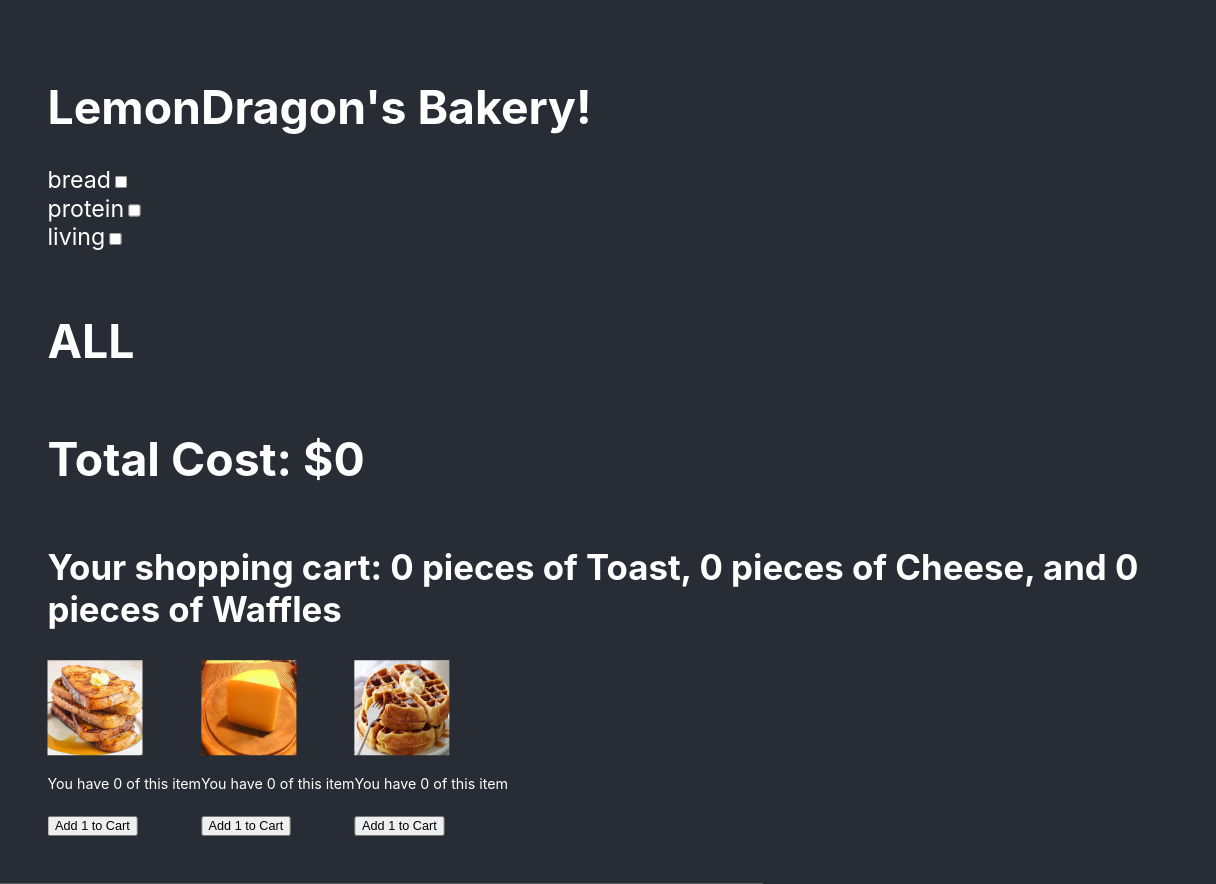
Repository: happydragon200/development
Page: /
These files come from the project's save history. The page is drawn as it stood at one moment and after the next save; the edit follows.
The browser window is 1280 px wide. The pictures show the whole page, at 95% of full size.
The project was rebuilt for these pictures with package versions that can differ from the ones it lists, and the page was loaded fresh each time.

Above is the page before, as saved 2022-12-02 01:50:04.

After the next save:
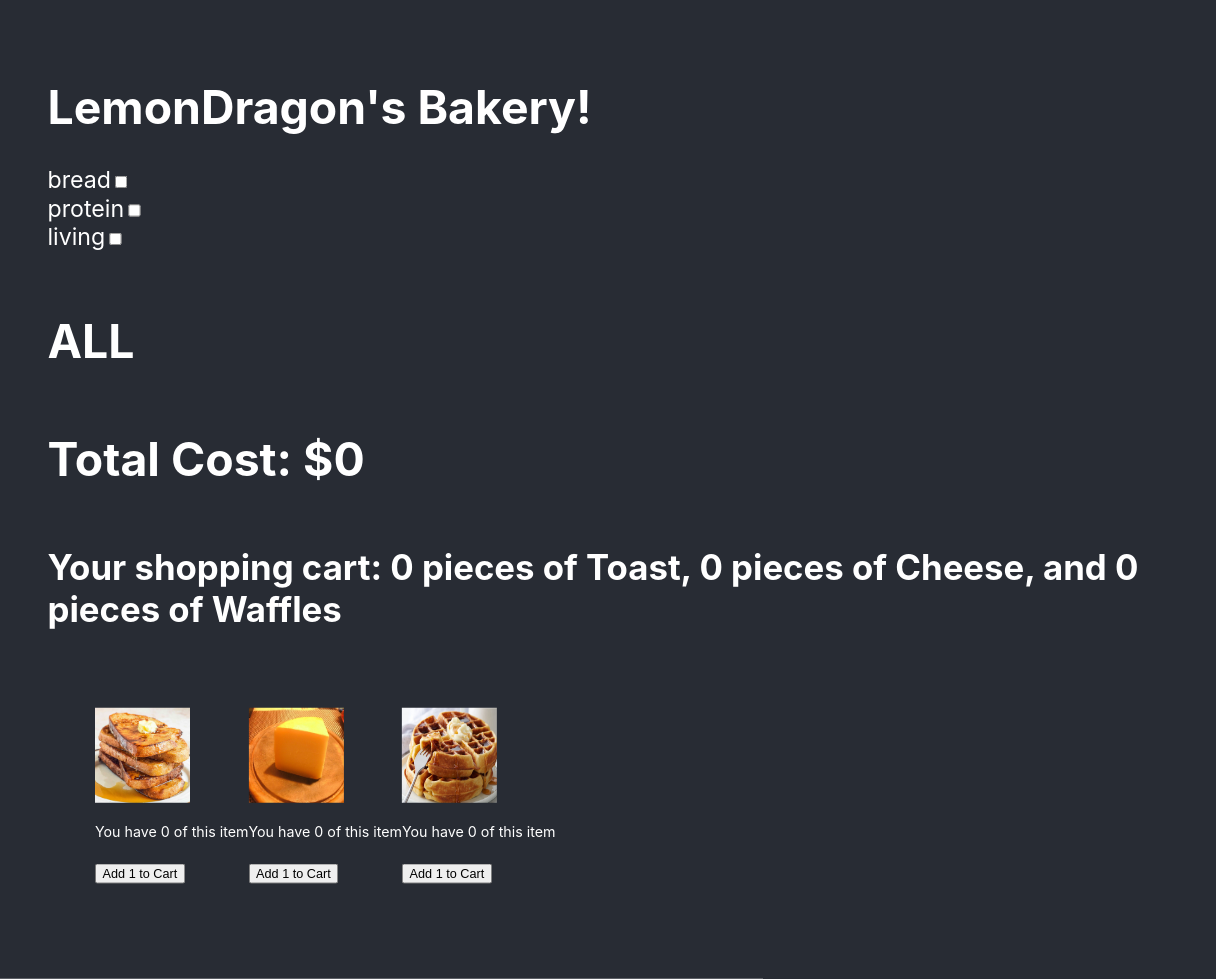
Saved 6 s later.
--- a/src/App.css
+++ b/src/App.css
@@ -40,7 +40,7 @@
 
 .flex-parent {
   display: flex;
-  padding: 50px 50px 50px 50px
+  padding: 50px 50px 50px 50px;
   justify-content: space-around;
 
 }

After the save that followed:
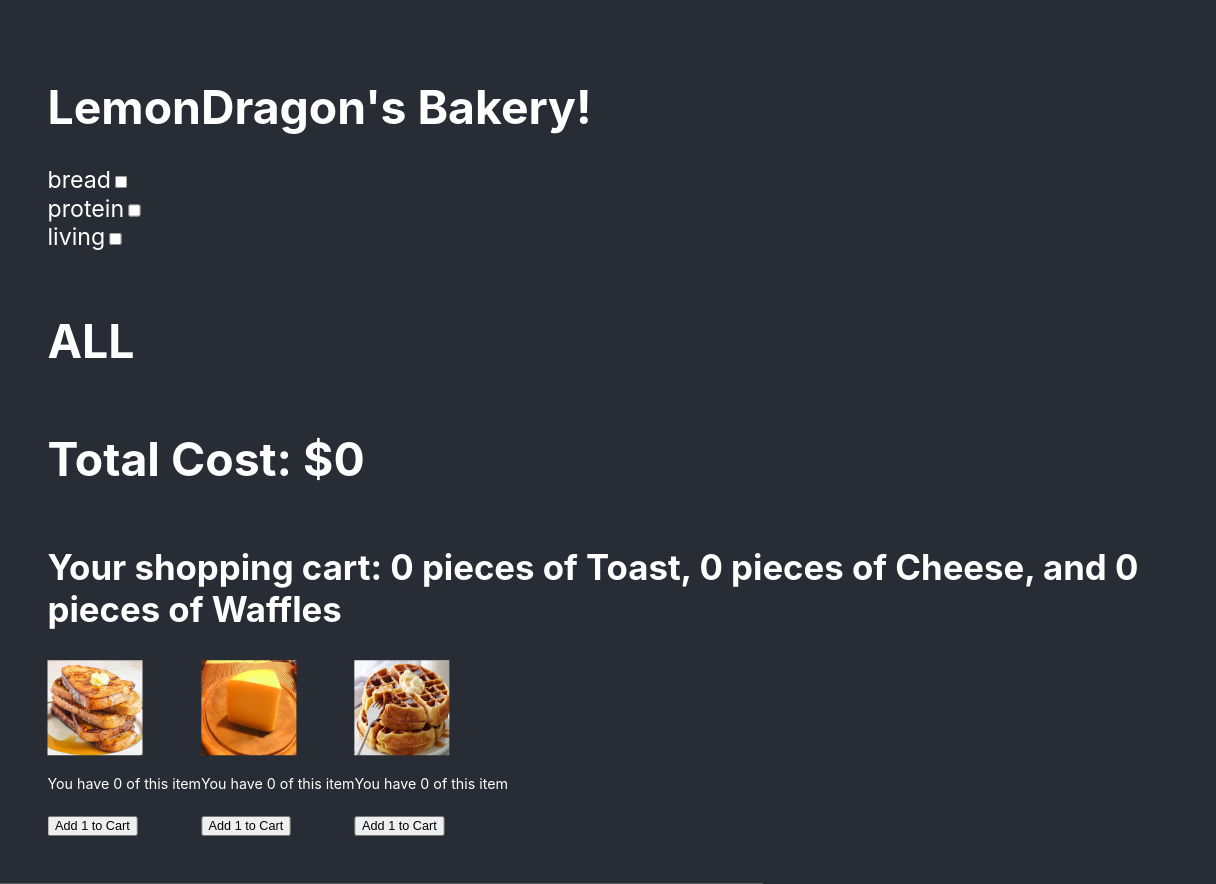
Saved 5 s later.
--- a/src/App.css
+++ b/src/App.css
@@ -40,7 +40,6 @@
 
 .flex-parent {
   display: flex;
-  padding: 50px 50px 50px 50px;
   justify-content: space-around;
 
 }
